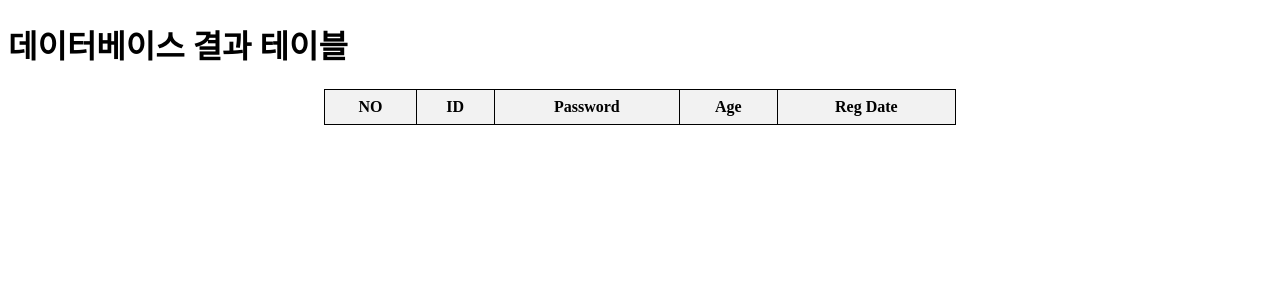
Repository: 2JISUN/hta-lecture-basic
Page: http://localhost/jsp03/list.jsp
These files come from the project's save history. The page is drawn as it stood at one moment and after the next save; the edit follows.
The browser window is 1280 px wide. The pictures show the whole page.
The page is served by Tomcat 10. Queries for data that is not in the repository find no rows.

Above is the page before, as saved 2023-09-15 03:23:14.

After the next save:
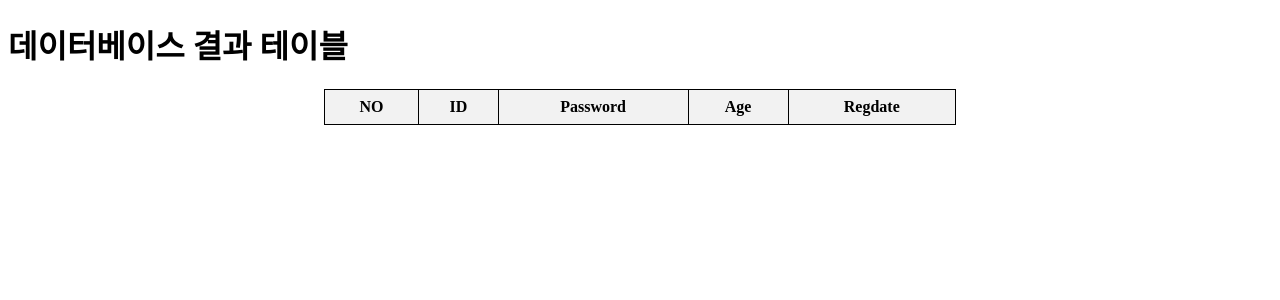
Saved 23 s later.
--- a/jsp-lecture/jsp03/src/main/webapp/list.jsp
+++ b/jsp-lecture/jsp03/src/main/webapp/list.jsp
@@ -76,7 +76,7 @@
             <th>ID</th>
             <th>Password</th>
             <th>Age</th> <!-- Age 열 추가 -->
-            <th>Reg Date</th> <!-- Reg Date 열 추가 -->
+            <th>Regdate</th> <!-- Reg Date 열 추가 -->
         </tr>
         <%
             while(rs.next()) {
